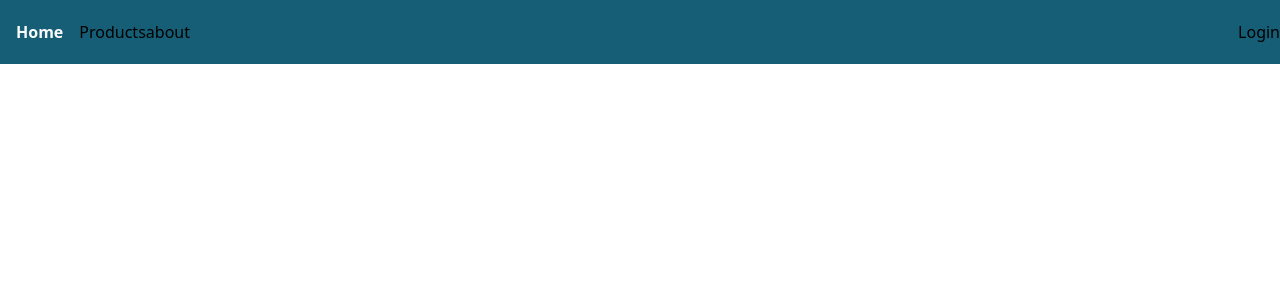
Repository: Sanaa00/svelte-test
Page: /
These files come from the project's save history. The page is drawn as it stood at one moment and after the next save; the edit follows.
The browser window is 1280 px wide. The pictures show the whole page.
The project was rebuilt for these pictures with package versions that can differ from the ones it lists, and the page was loaded fresh each time. The framework's server and built-in components were replaced by stand-ins that run in the browser. Also part of the build but not shown: svelte.config.js, vite.config.js.

Above is the page before, as saved 2024-12-08 19:36:13.

After the next save:
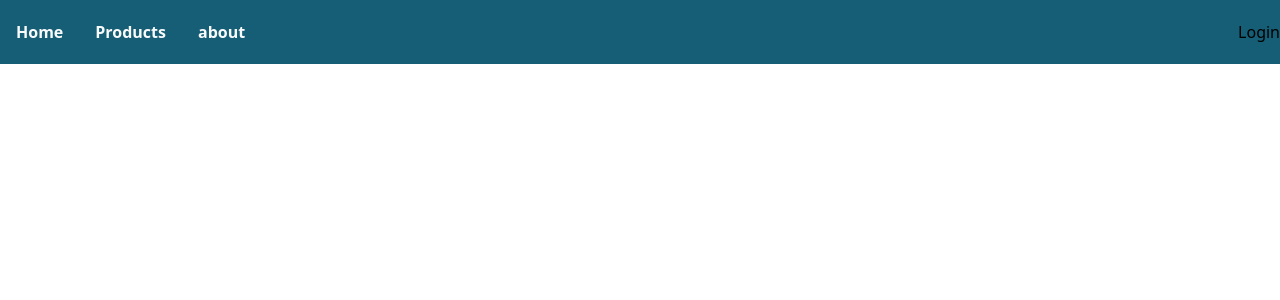
Saved 25 s later.
--- a/src/component/Navbar.svelte
+++ b/src/component/Navbar.svelte
@@ -5,8 +5,8 @@
 	<nav class="flex h-16 w-full items-center justify-between bg-cyan-800">
 		<ul class="flex">
 			<li class="px-4 font-semibold text-gray-50">Home</li>
-			<li>Products</li>
-			<li>about</li>
+			<li class="px-4 font-semibold text-gray-50">Products</li>
+			<li class="px-4 font-semibold text-gray-50">about</li>
 		</ul>
 		<button>Login</button>
 	</nav>
